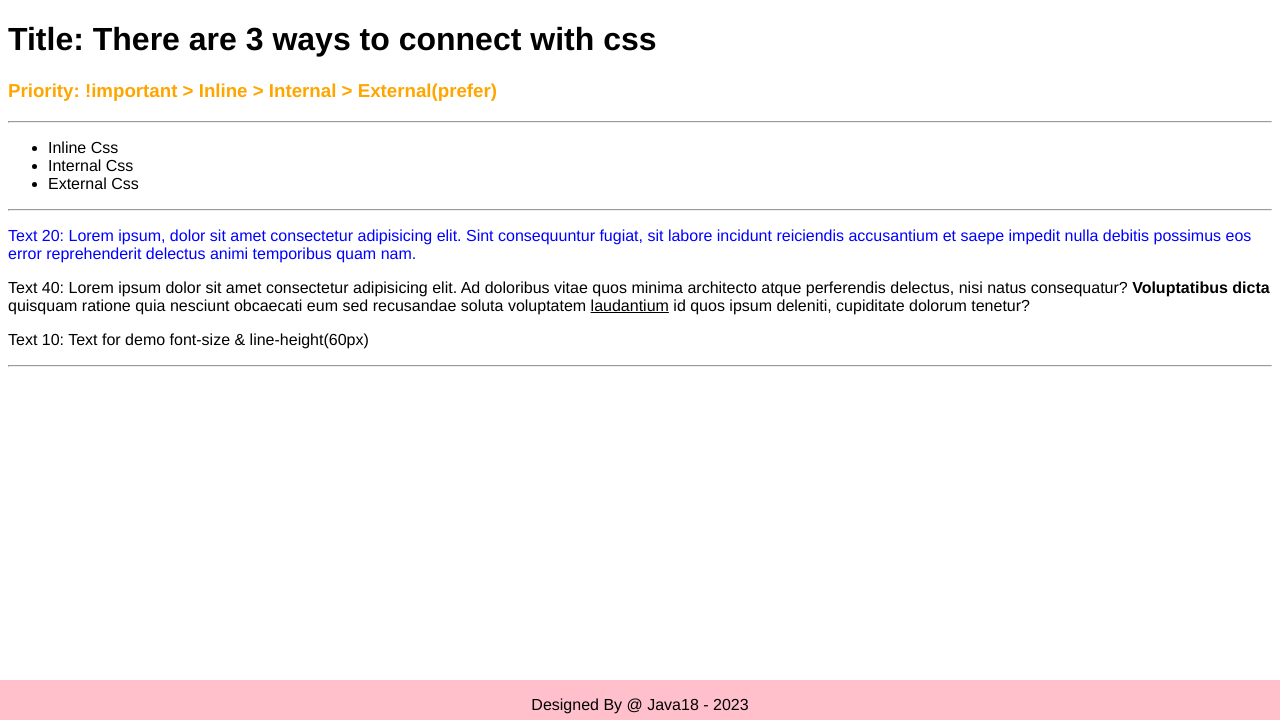
Repository: j4tdn/java18-repository
Page: 2. CSS3/ex03-base-content-basic-properties.html
The author's editor kept a copy of each file at every save. The page is drawn from the files as they stood at one save, then again after the next save.
The browser window is 1280 px wide. The pictures show the whole page.

Above is the page before, as saved 2023-10-21 18:33:04.

After the next save:
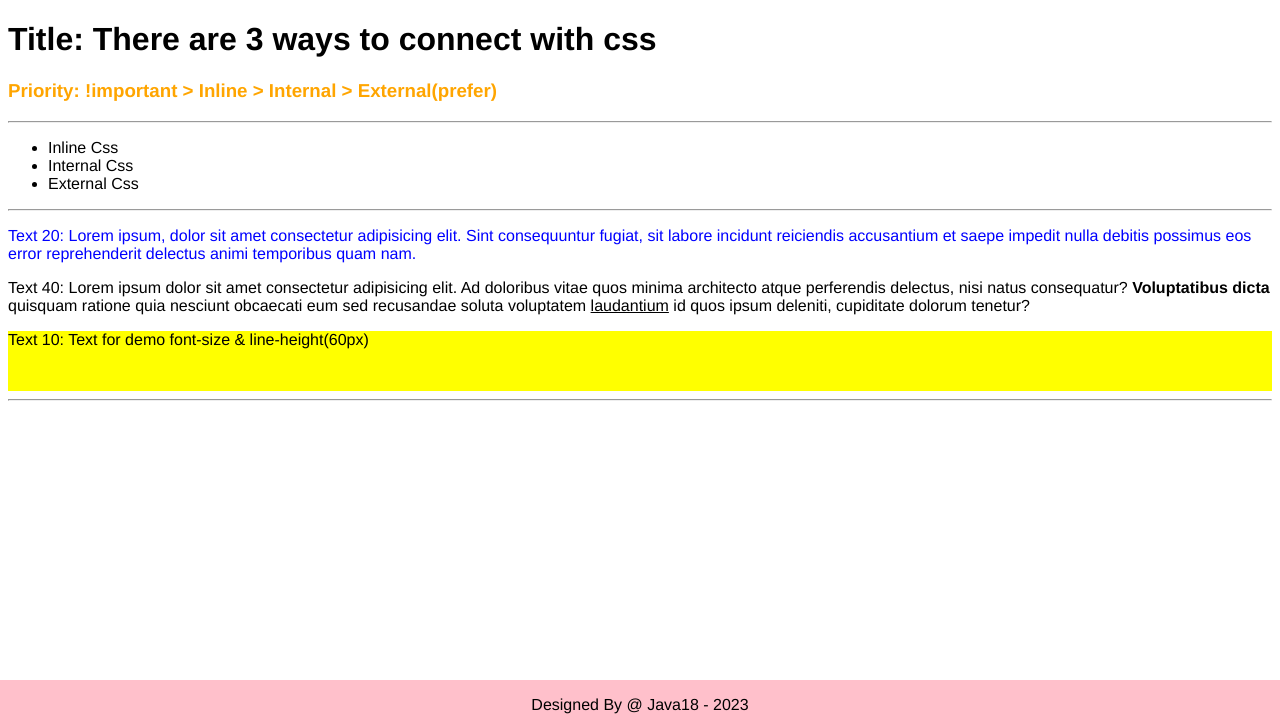
Saved 33 s later.
--- a/2. CSS3/css/style-base.css
+++ b/2. CSS3/css/style-base.css
@@ -26,3 +26,7 @@
 }
 
 /* EX03: BASE CONTENT BASIC DEMO */
+.parent-text10lh {
+  height: 60px;
+  background-color: yellow;
+}
